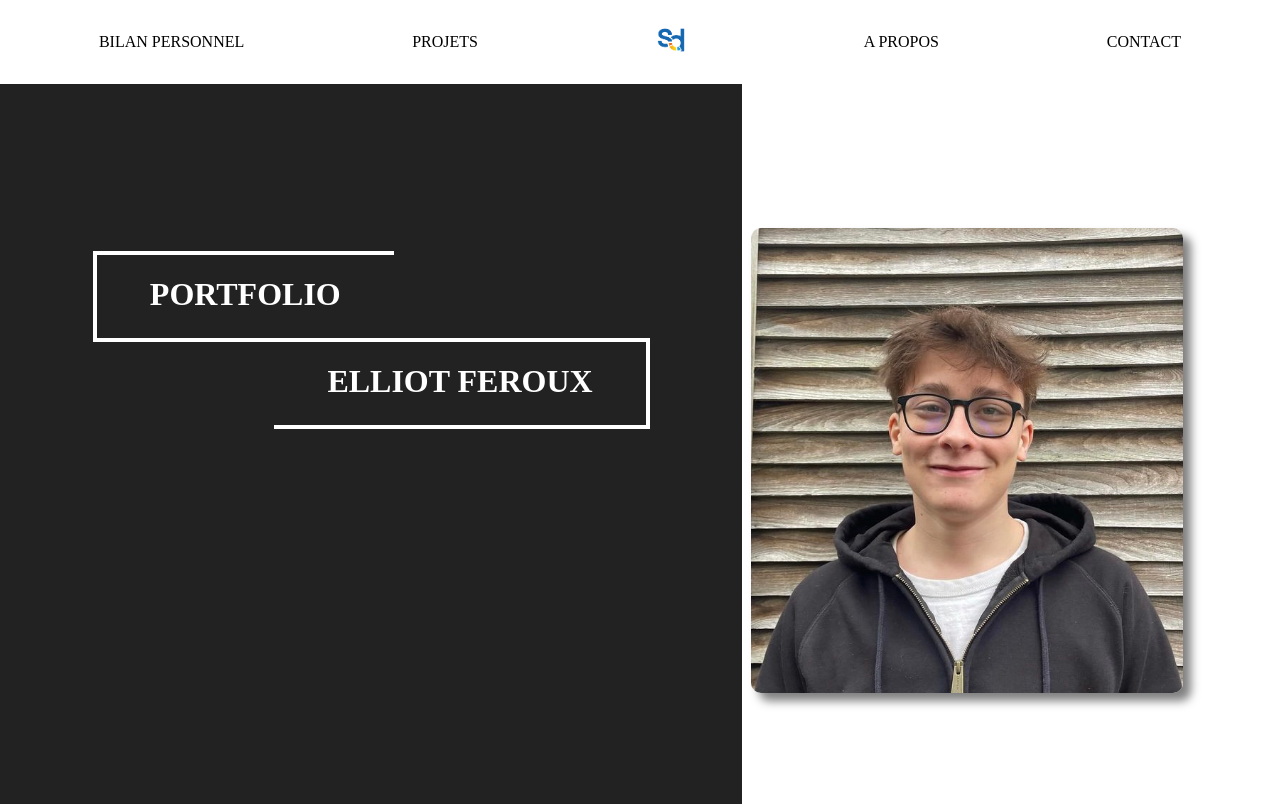
Repository: elliotfx/elliotfx.github.io
Page: html/main.html
These files come from the project's save history. The page is drawn as it stood at one moment and after the next save; the edit follows.
The browser window is 1280 px wide. The pictures show the whole page.

Above is the page before, as saved 2025-03-18 20:02:30.

### html/main.html
<!DOCTYPE html>
<html lang="fr">

<head>
    <meta charset="UTF-8">
    <meta name="viewport" content="width=device-width, initial-scale=1.0">
    <meta name="author" content="Elliot FEROUX">
    <meta name="description" content="Portfolio de Elliot FEROUX">
    <link rel="shortcut icon" href="SD.png" type="image/x-icon">
    <title>Accueil (Portfolio Elliot FEROUX)</title>
    <link rel="stylesheet" type="text/css" href="./../css/style.css" media="screen">
    <link rel="preconnect" href="https://fonts.googleapis.com">
    <link rel="preconnect" href="https://fonts.gstatic.com" crossorigin>
    <link href="https://fonts.googleapis.com/css2?family=Kanit:ital,wght@0,100;0,200;0,300;0,400;0,500;0,600;0,700;0,800;1,100;1,200;1,300;1,400;1,500;1,600;1,700;1,800&display=swap" rel="stylesheet">
    <link rel="stylesheet" href="../css/font-awesome-4.7.0/css/font-awesome.min.css">
</head>

<body>

    <header>
        <div class="navbar" id="nav">
            <div class="burger-container">
                <i class="fa fa-bars iconeburger" aria-hidden="true"></i>
            </div>
            <ul class="navbar-menu">
                <li class="link-nav-underline"><a href="bilan.html">BILAN PERSONNEL</a></li>
                <li class="link-nav-underline-projet"><a href="projets.html">PROJETS</a></li>
                <li class="logo">
                    <a href="https://iutp.univ-poitiers.fr/sd/" target="_blank">
                        <img src="./../Images/SD.png" alt="Logo BUT Sciences des Données">
                    </a>
                </li>
                <li class="link-nav-underline"><a href="apropos.html">A PROPOS</a></li>
                <li class="link-nav-underline"><a href="contact.html">CONTACT</a></li>
            </ul>
        </div>

        <div id="burgerbar">
            <a href="https://iutp.univ-poitiers.fr/sd/" target="_blank"><img src="./../Images/SD.png" alt="Logo BUT Sciences des Données" class="logo-burger"></a>
            <i class="fa fa-times iconeburgerclose" aria-hidden="true"></i>
            <ul class="burger-menu-list">
                <li class="link-nav-underline"><a href="bilan.html">BILAN PERSONNEL</a></li><br>
                <li class="link-nav-underline"><a href="projets1.html">PROJETS</a></li><br>
                <li class="link-nav-underline"><a href="apropos.html">A PROPOS</a></li><br>
                <li class="link-nav-underline"><a href="contact.html">CONTACT</a></li>
            </ul>
        </div>
    </header>



    <div class="container">
        <div class="half black">
            <div class="titles-container">
                <div class="portfolio-container">
                    <h1>PORTFOLIO</h1>
                </div>
                <div class="name-container">
                    <h1>ELLIOT FEROUX</h1>
                </div>
            </div>
        </div>
        <div class="half white">
            <div class="contenu">
                <a href="apropos.html"><img src="./../Images/PHOTO.jpg" alt="Photo de Elliot FEROUX" class="photo"></a>
            </div>
        </div>
    </div>

    <div class="bas">
        <div class="containerphoto2">
            <a href="apropos.html"><img src="./../Images/PHOTO.jpg" alt="Photo de Elliot FEROUX" class="photo2"></a>
        </div>
    </div>

    <script src="./../js/script_projets.js"></script>
    <script src="./../JS/headerloader.js"></script>

</body>

</html>

### css/style.css
@import "navbar_stylesheet.css" ;

.bas {
    display: none;
    position: relative;
    bottom: 0;
    left: 0;
    width: 100%;
    height: 500px;
    background-color: rgb(255, 255, 255);
    box-sizing: border-box;
    z-index: 1000;
}

.bas .photo2 {
    width: 40%;
    height: auto;
    display: block;
    left: 32%;
    top: 10%;
}

.logo:hover img {
    animation: anim 1s infinite alternate;
}

body, html {
    margin: 0;
    padding: 0;
    overflow: hidden;
}

.nom,
.portfolio {
    font-family: "Géorgie", sans-serif;
    position: absolute;
    color: #fff;
}

.photo {
    position: relative;
    float: right;
    border-radius: 10px;
    box-shadow: 8px 8px 10px 0 rgba(0, 0, 0, 0.5);
    width: 60vh;
}

.photo2 {
    width: 100%;
    display: block;
    border-radius: 10px;
    box-shadow: 8px 8px 10px 0 rgba(0, 0, 0, 0.5);
    position: relative;
}

.contenu {
    position: absolute;
    float: right;
    width: fit-content;
    height: fit-content;
    right: 18%;
    top: 16%;
    transition: 1s;
    display: inline;
}

.containerphoto2 {
    position: absolute;
    transition: 1s;
    height: 100%;
    width: 100%;
    display: inline;
    left: 0;
    top: 0;
}

.containerphoto2:hover,
.contenu:hover {
    transform: scale(1.10);
}

.container {
    width: 100%;
    height: 100vh;
    display: flex;
}

.half {
    height: 100%;
    position: relative;
}

.black {
    background-color: #222222;
    width: 58%;
}

.white {
    background-color: #fff;
    width: 42%;
}

.nom {
    top: 43.5%;
    left: 40%;
    font-size: 3em;
    position: absolute;
}

.titles-container {
    width: 100%;
    height: 100%;
    display: block;
    justify-content: center;
    align-items: center;
    padding-top: 21.5%;
}

.titles-container .portfolio-container {
    float: left;
    width: 40%;
    margin-left: 12.5%;
    border-top: 4px solid #fff;
    border-left: 4px solid #fff;
    border-bottom: 4px solid #fff;
}

.titles-container .name-container {
    float: right;
    width: 50%;
    margin-right: 12.5%;
    border-top: 4px solid #fff;
    border-right: 4px solid #fff;
    border-bottom: 4px solid #fff;
    margin-top: -4px;
}

h1 {
    width: 100%;
    font-size: 4em;
    color: #fff;
    text-align: center;
}

h1:after {
    content: "";
    display: block;
    margin-left: 5%;
    width: 90%;
    height: 3px;
    background: #ffffff;
    transform: scaleX(0);
    transition: transform 0.2s ease-in-out;
}

h1:hover:after {
    transform: scaleX(1);
}

.navbar > ul {
    justify-content: space-around;
}

.left-links > ul > li,
.right-links > ul > li {
    margin-left: 0;
}

.left-links > ul > li + li,
.right-links > ul > li + li {
    margin-left: 20px;
}

@media screen and (max-width: 1400px) {
    .Lignes {
        width: 100%;
    }

    .contenu {
        top: 20%;
    }
}

@media screen and (max-width: 1440px) {
    .nom {
        left: calc(43% - 8%);
    }

    h1 {
        font-size: 3em;
    }
}

@media screen and (max-width: 1415px) {
    .nom {
        left: calc(36% - 8%);
    }

    .titles-container {
        padding-top: 21.5%;
    }
}

@media screen and (max-width: 1390px) {
    .nom {
        left: calc(35% - 8%);
    }

    h1 {
        font-size: 2em;
    }

    .titles-container {
        padding-top: calc(21.5% + 1%);
    }
}

@media screen and (max-width: 1300px) {
    .nom {
        left: calc(34% - 8%);
    }
}

@media screen and (max-width: 1275px) {
    .nom {
        left: calc(33% - 8%);
    }

    .titles-container {
        padding-top: calc(21.5% + 3%);
    }
}

@media screen and (max-width: 1250px) {
    .nom {
        left: calc(32% - 8%);
    }
}

@media screen and (max-width: 1225px) {
    .nom {
        left: calc(31% - 8%);
    }

    .titles-container {
        padding-top: calc(21.5% + 5%);
    }
}

@media screen and (max-width: 1200px) {
    .nom {
        left: calc(30% - 8%);
    }
}

@media screen and (max-width: 1175px) {
    .nom {
        left: calc(29% - 8%);
    }

    .titles-container {
        padding-top: calc(21.5% + 7%);
    }
}

@media screen and (max-width: 1150px) {
    .nom {
        left: calc(28% - 8%);
    }
}

@media screen and (max-width: 1125px) {
    .nom {
        left: calc(27% - 8%);
    }
    .titles-container {
        padding-top: calc(21.5% + 9%);
    }
}

@media screen and (max-width: 1100px) {
    .nom {
        left: calc(26% - 8%);
    }
}

@media screen and (max-width: 1075px) {
    .nom {
        left: calc(25% - 8%);
    }

    .titles-container {
        padding-top: calc(21.5% + 11%);
    }
}

@media screen and (max-width: 1050px) {
    .nom {
        left: calc(24% - 8%);
    }
}

@media screen and (max-width: 1025px) {
    .nom {
        left: calc(23% - 8%);
    }
}

@media screen and (max-width: 1000px) {
    .nom {
        left: calc(22% - 8%);
    }
    .titles-container {
        padding-top: calc(21.5% + 13%);
    }
}

@media screen and (max-width: 975px) {
    .nom {
        left: calc(21% - 8%);
    }
}

@media screen and (max-width: 950px) {
    .nom {
        left: calc(20% - 8%);
    }
}

@media screen and (max-width: 925px) {
    .nom {
        left: calc(19% - 8%);
    }
    .titles-container {
        padding-top: calc(21.5% + 15%);
    }
}

@media screen and (max-width: 900px) {
    .Lignes {
        left: 0;
        top: 5%;
    }

    .white {
        display: none;
    }

    .black {
        width: 100%;
    }

    body, html {
        overflow-y: auto;
    }

    .nom {
        left: 40%;
    }

    .navbar > ul {
        justify-content: flex-end;
    }

    ul > li.left-links,
    ul > li.right-links {
        display: none;
    }

    ul > li.logo {
        float: right;
    }

    .burger-container {
        display: block;
    }

    .bas {
        display: block;
    }

    .containerphoto2 {
        display: block;
    }
    .photo2 {
        position: absolute;
        width: 100%;
        height: auto;
        display: block;
    }

    .black {
        height: 95%;
    }
    .titles-container {
        padding-top: 21.5%;
    }
}

.iconeburger {
    cursor: pointer;
    position: relative;
}

#burgerbar {
    height: 100vh;
    width: 50%;
    background-color: #fff;
    position: fixed;
    top: 0;
    left: -100%;
    display: flex;
    flex-direction: column;
    align-items: center;
    justify-content: center;
    z-index: 3000;
    transition: left 0.3s ease-in-out;
    padding: 20px;
    box-shadow: 2px 0 5px rgba(0, 0, 0, 0.5);
}

#burgerbar .iconeburgerclose {
    font-size: 2em;
    cursor: pointer;
    position: absolute;
    top: 20px;
    right: 20px;
}

.burger-menu-list {
    list-style-type: none;
    padding: 0;
    margin: 0;
    width: 100%;
    text-align: center;
}

.burger-menu-list li {
    margin: 20px 0;
}

.burger-container {
    display: none;
    width: 5%;
    height: 100%;
    justify-content: center;
    align-items: center;
    cursor: pointer;
}

.burger-container .iconeburger {
    font-size: 2em;
}

.burger-logo {
    position: absolute;
    bottom: 20px;
    right: 20px;
}

#burgerbar .logo-burger {
    max-width: 50px;
    height: auto;
}

@media screen and (max-width: 900px) {
    .burger-container {
        display: flex;
    }
    .navbar ul {
        display: none;
    }
}

.burger-container.open #burgerbar {
    left: 0;
}

@media screen and (max-width: 900px) {
    .navbar ul {
        display: none;
    }

    .burger-menu-list {
        position: relative;
        display: block;
    }

    .burger-menu-list li {
        margin: 10px 0;
    }
}

### css/navbar_stylesheet.css
html,
body {
    overflow-x: hidden;
}

ul {
    list-style-type: none;
    padding: 0;
    margin: 0;
}

header {
    background-color: #ffffff;
    box-shadow: 3px 3px 4px rgba(205, 205, 205, 0.5);
    display: flex;
    justify-content: center;
    align-items: center;
    padding: 15px;
    z-index: 2000;
}

.navbar {
    width: 100%;
    display: flex;
    justify-content: center;
    align-items: center;
}

/* Modification principale pour répartir équitablement les éléments */
.navbar-menu {
    display: flex;
    justify-content: space-around;
    align-items: center;
    width: 100%;
}

.logo img {
    width: 50px;
    height: 50px;
}

/* Effet souligné au survol */
.link-nav-underline, .link-nav-underline-projet {
    display: inline-block;
    position: relative;
    text-decoration: none;
    color: inherit;
}

.link-nav-underline::after,
.link-nav-underline-projet::after {
    content: "";
    display: block;
    position: absolute;
    bottom: 0;
    left: 0;
    width: 100%;
    height: 2px;
    background: #000;
    transform: scaleX(0);
    transition: transform 0.2s ease-in-out;
    transform-origin: left;
}

.link-nav-underline:hover::after,
.link-nav-underline-projet:hover::after {
    transform: scaleX(1);
}

/* Style du menu burger */
.burger-container {
    display: none;
    cursor: pointer;
}

#burgerbar {
    height: 100vh;
    width: 50%;
    background-color: #fff;
    position: fixed;
    top: 0;
    left: -100%;
    display: flex;
    flex-direction: column;
    align-items: center;
    justify-content: center;
    z-index: 3000;
    transition: left 0.3s ease-in-out;
    padding: 20px;
    box-shadow: 2px 0 5px rgba(0, 0, 0, 0.5);
}

/* Responsive pour mobiles */
@media screen and (max-width: 900px) {
    .navbar-menu {
        display: none;
    }

    .burger-container {
        display: flex;
    }

    .burger-menu-list {
        display: block;
        text-align: center;
    }

    .burger-menu-list li {
        margin: 15px 0;
    }
}


a{
    color: inherit;
    text-decoration: none;
}

### JS/headerloader.js
// headerLoader.js
fetch('html/header.html')
    .then(response => response.text())
    .then(data => {
        document.getElementById('header-placeholder').innerHTML = data;
    })
    .catch(error => console.error('Erreur lors du chargement du header :', error));

### html/header.html
<header>
    <div class="navbar" id="nav">
        <div class="burger-container">
            <i class="fa fa-bars iconeburger" aria-hidden="true"></i>
        </div>
        <ul class="navbar-menu">
            <li class="link-nav-underline"><a href="bilan.html">BILAN PERSONNEL</a></li>
            <li class="link-nav-underline-projet"><a href="projets.html">PROJETS</a></li>
            <li class="logo">
                <a href="https://iutp.univ-poitiers.fr/sd/" target="_blank">
                    <img src="./../Images/SD.png" alt="Logo BUT Sciences des Données">
                </a>
            </li>
            <li class="link-nav-underline"><a href="apropos.html">A PROPOS</a></li>
            <li class="link-nav-underline"><a href="contact.html">CONTACT</a></li>
        </ul>
    </div>

    <div id="burgerbar">
        <a href="https://iutp.univ-poitiers.fr/sd/" target="_blank"><img src="./../Images/SD.png" alt="Logo BUT Sciences des Données" class="logo-burger"></a>
        <i class="fa fa-times iconeburgerclose" aria-hidden="true"></i>
        <ul class="burger-menu-list">
            <li class="link-nav-underline"><a href="bilan.html">BILAN PERSONNEL</a></li><br>
            <li class="link-nav-underline"><a href="projets1.html">PROJETS</a></li><br>
            <li class="link-nav-underline"><a href="apropos.html">A PROPOS</a></li><br>
            <li class="link-nav-underline"><a href="contact.html">CONTACT</a></li>
        </ul>
    </div>
</header>

Loaded but not shown: css/font-awesome-4.7.0/css/font-awesome.min.css (library); JS/script_projets.js (no copy from this time; the picture is the same without it)

After the next save:
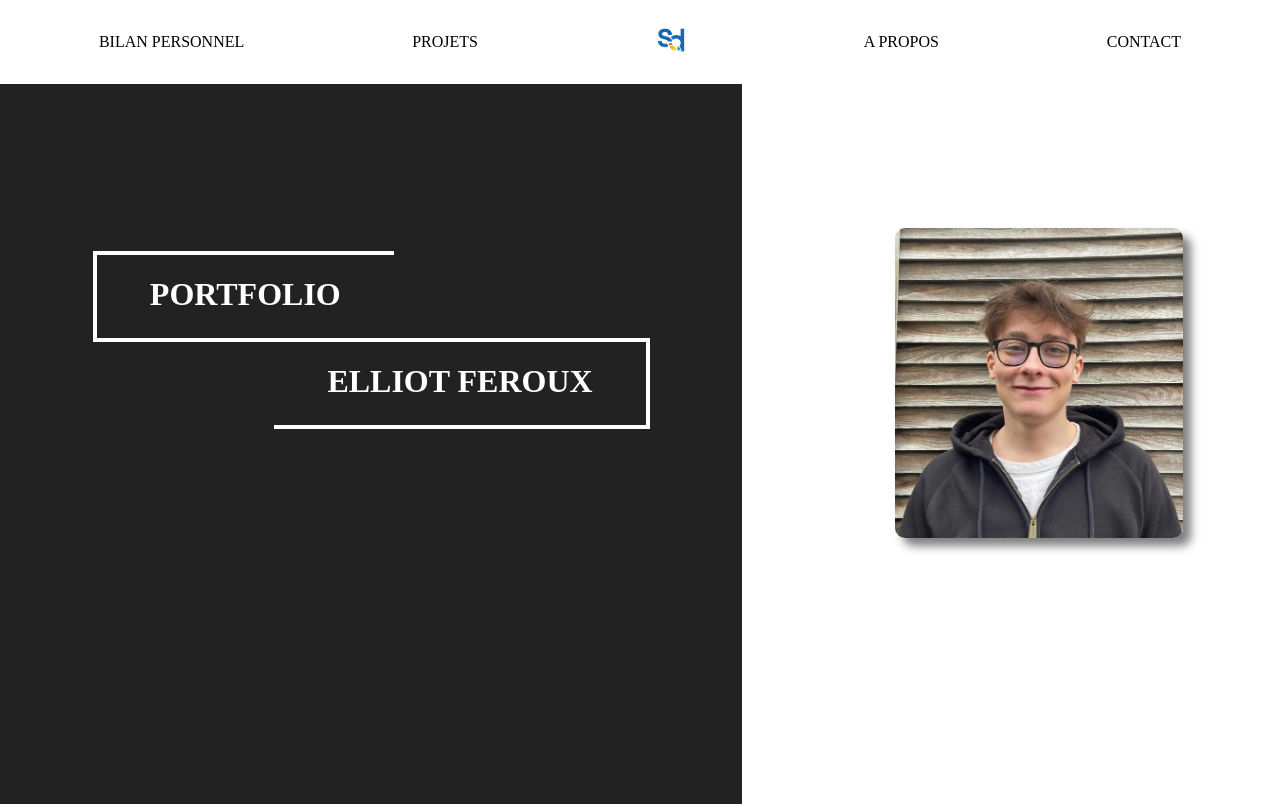
Saved 16 s later.
--- a/css/style.css
+++ b/css/style.css
@@ -42,7 +42,7 @@ body, html {
     float: right;
     border-radius: 10px;
     box-shadow: 8px 8px 10px 0 rgba(0, 0, 0, 0.5);
-    width: 60vh;
+    width: 40vh;
 }
 
 .photo2 {
